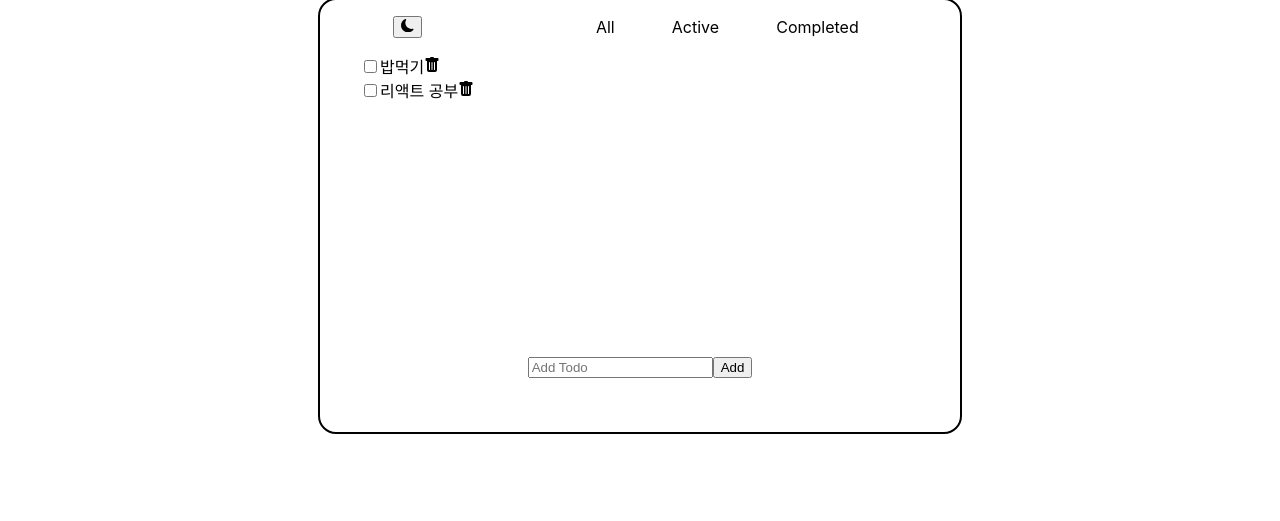
Repository: DongjaJ/React-Todo
Page: / (app in react-todo/)
An editor plug-in stored every save of this project. The page is shown before and after the next save, followed by the edit.
The browser window is 1280 px wide. The pictures show the whole page.
The project was rebuilt for these pictures with package versions that can differ from the ones it lists, and the page was loaded fresh each time.

Above is the page before, as saved 2023-05-15 14:09:43.

After the next save:
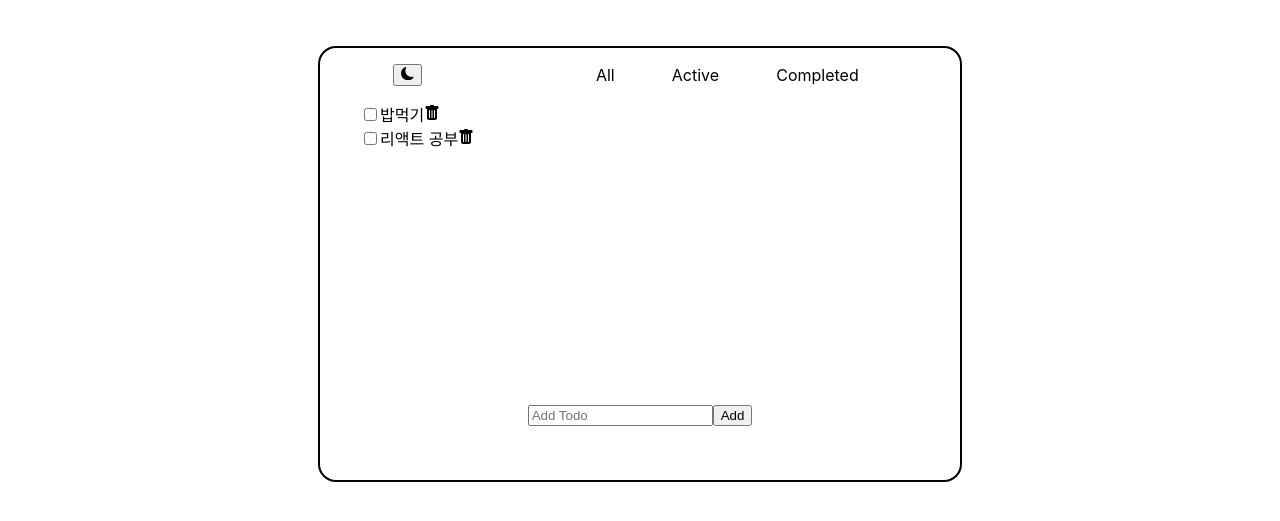
Saved 36 s later.
--- a/react-todo/src/App.css
+++ b/react-todo/src/App.css
@@ -3,6 +3,7 @@ body {
 	flex-direction: column;
 	justify-content: center;
 	align-items: center;
+	padding: 3rem;
 }
 
 .App {
